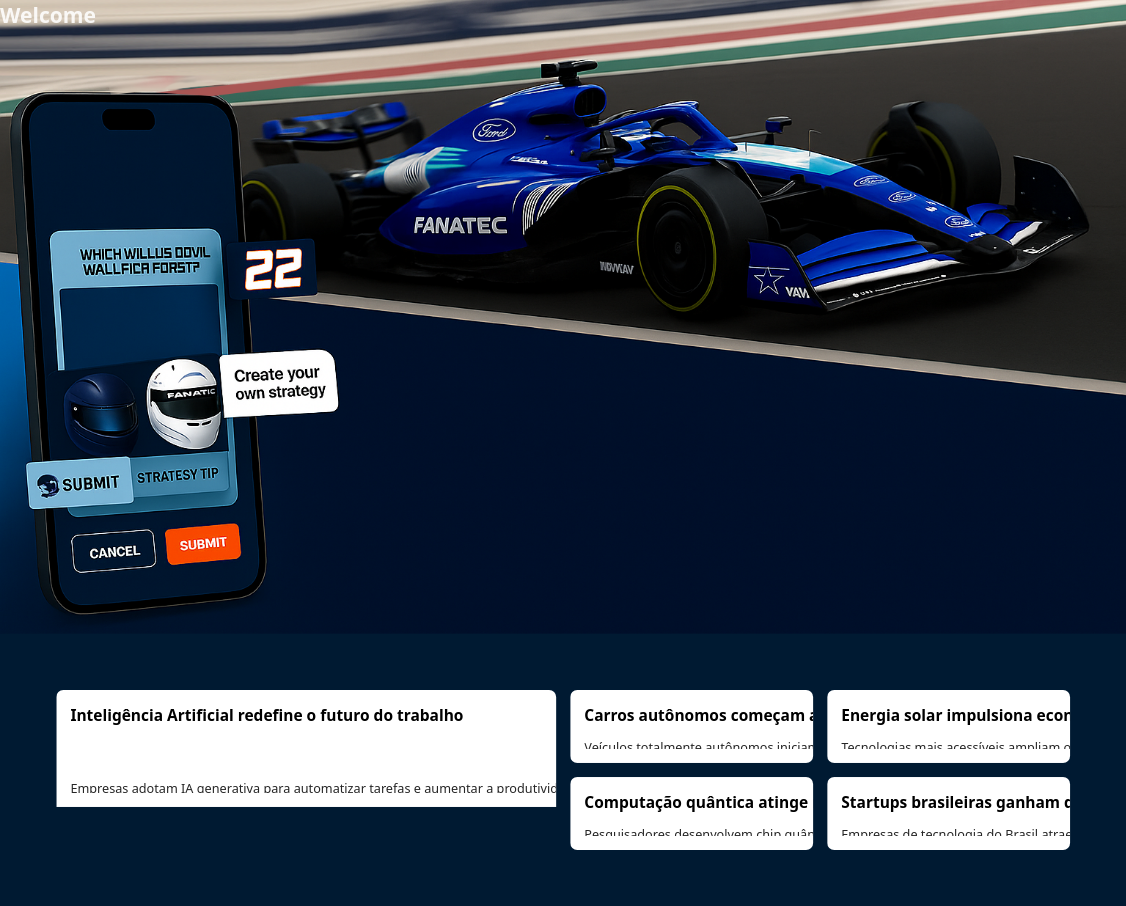
Repository: pedroantoniosi/ngm-esports-site
Page: /
The author's editor kept a copy of each file at every save. The page is drawn from the files as they stood at one save, then again after the next save.
The browser window is 1280 px wide. The pictures show the whole page, at 88% of full size.
The project was rebuilt for these pictures with package versions that can differ from the ones it lists, and the page was loaded fresh each time. Also part of the build but not shown: vite.config.ts.

Above is the page before, as saved 2025-10-27 11:18:58.

### index.html
<!doctype html>
<html lang="en">
  <head>
    <meta charset="UTF-8" />
    <link rel="icon" type="image/svg+xml" href="/vite.svg" />
    <meta name="viewport" content="width=device-width, initial-scale=1.0" />
    <title>ngmesports</title>
  </head>
  <body>
    <div id="root"></div>
    <script type="module" src="/src/main.tsx"></script>
  </body>
</html>

### src/main.tsx
import { StrictMode } from "react";
import { createRoot } from "react-dom/client";
import "./index.css";
import "./reset.css";
import App from "./App.tsx";

createRoot(document.getElementById("root")!).render(
  <StrictMode>
    <App />
  </StrictMode>
);

### src/index.css
:root {
  font-family: system-ui, Avenir, Helvetica, Arial, sans-serif;
  font-weight: 400;

  color-scheme: light dark;
  color: rgba(255, 255, 255, 0.87);
  background-color: #001A32;

  font-synthesis: none;
  text-rendering: optimizeLegibility;
  -webkit-font-smoothing: antialiased;
  -moz-osx-font-smoothing: grayscale;
}

.container {
  margin: 0 auto;
  max-width: 1660px;
}




.hero-container {
  min-height: 100svh;
  background-image: url('./assets/img/banner.png');
  background-repeat: no-repeat;
  background-size: cover;
}



.news-container {
  padding: 4rem;
  display: grid;
  grid-template-columns: repeat(4, 1fr);
  grid-template-rows: repeat(2, 1fr);
  gap: 16px;

  & :nth-child(1) {
    grid-column: span 2 / span 2;
    grid-row: span 2 / span 2;
    height: 100%;
  }

  & :nth-child(2) {
    grid-column-start: 3;
  }

  & :nth-child(3) {
    grid-column-start: 4;
  }

  & :nth-child(4) {
    grid-column-start: 3;
    grid-row-start: 2;
  }

  & :nth-child(5) {
    grid-column-start: 4;
    grid-row-start: 2;
  }

  & .card {
    display: grid;
    grid-auto-flow: column;
    border-radius: 8px;
    overflow: hidden;

    & img {
      width: 100%;
    }

    & .card-caption {
      display: flex;
      flex-direction: column;
      gap: .5rem;
      padding: 1rem;
      background-color: hsl(0, 0%, 100%);
      color: hsl(0, 0%, 0%);

      & .title {
        font-size: 1.1rem;
      }

      & .subtitle {
        font-size: .9rem;
        color: hsl(0, 0%, 15%);
        text-overflow: ellipsis;
        overflow: hidden;
        white-space: nowrap;
      }
    }
  }
}

### src/reset.css
/* <!-- ----------------------------------------------------------------------------------------------------------------- --> */
*,
*::before,
*::after {
  margin: 0;
  padding: 0;
  box-sizing: border-box;
  font-family: system-ui, -apple-system, BlinkMacSystemFont, "Segoe UI", Roboto, Oxygen, Ubuntu, Cantarell, "Open Sans", "Helvetica Neue", sans-serif;
}

input,
button,
select,
textarea {
  cursor: pointer;
  border: transparent;
  background-color: transparent;
  outline: none;
}

textarea {
  resize: none;
  min-height: 150px;

  /* Scrollbar moderno */
  &::-webkit-scrollbar {
    width: 12px;
    /* largura da barra lateral */
    height: 12px;
    /* altura da barra inferior */
  }

  &::-webkit-scrollbar-track {
    background: #0f0f0f;
    /* fundo do track */
  }

  &::-webkit-scrollbar-thumb {
    background-color: #555;
    border-radius: 10px;
    transition: background-color 0.3s ease;

    &:hover {
      background-color: #777;
      /* efeito hover suave */
    }

    &:active {
      background-color: #999;
      /* quando clica */
    }
  }

  /* Firefox */
  scrollbar-width: thin;
  scrollbar-color: #555 #0f0f0f;
}

ul,
ol {
  list-style: none;
}

a {
  text-decoration: none;
}

img,
picture {
  max-width: 100%;
  display: block;
  height: auto;
}

/* <!-- ----------------------------------------------------------------------------------------------------------------- --> */
.row-auto {
  display: flex;

  &>* {
    display: flex;
    flex: 1;
  }
}

.flex-1 {
  display: flex;
  flex: 1;
}

.flex-wrap {
  display: flex;
  flex-wrap: wrap;
}

/* <!-- ----------------------------------------------------------------------------------------------------------------- --> */
.row,
.row-xl,
.row-lg,
.row-md,
.row-sm {
  display: flex;
  flex-direction: row;
}

.col,
.col-xl,
.col-lg,
.col-md,
.col-sm {
  display: flex;
  flex-direction: column;
}

.row-reverse {
  display: flex;
  flex-direction: row-reverse;
}

.col-reverse {
  display: flex;
  flex-direction: column-reverse;
}

/* <!-- ----------------------------------------------------------------------------------------------------------------- --> */
.justify-center {
  justify-content: center;
}

.justify-around {
  justify-content: space-around;
}

.justify-between {
  justify-content: space-between;
}

.justify-evenly {
  justify-content: space-evenly;
}

.justify-start {
  justify-content: flex-start;
}

.justify-end {
  justify-content: flex-end;
}

/* <!-- ----------------------------------------------------------------------------------------------------------------- --> */
.align-center {
  align-items: center;
}

.align-start {
  align-items: start;
}

.align-end {
  align-items: end;
}

.align-self-center {
  align-self: center;
}

.align-self-start {
  align-self: flex-start;
}

.align-self-end {
  align-self: end;
}

/* <!-- ----------------------------------------------------------------------------------------------------------------- --> */
.gap-05 {
  gap: 0.5rem;
}

.gap-1 {
  gap: 1rem;
}

.gap-2 {
  gap: 2rem;
}

.gap-3 {
  gap: 3rem;
}

.gap-4 {
  gap: 4rem;
}

.gap-5 {
  gap: 5rem;
}

/* <!-- ----------------------------------------------------------------------------------------------------------------- --> */
.grid-auto {
  display: grid;
  grid-auto-flow: column;
  grid-auto-columns: 1fr;
}

.grid-2 {
  grid-template-columns: repeat(2, 1fr);
  grid-template-rows: auto;
}

.grid-3 {
  grid-template-columns: repeat(3, 1fr);
  grid-template-rows: auto;
}

.grid-4 {
  grid-template-columns: repeat(4, 1fr);
  grid-template-rows: auto;
}

.grid-5 {
  grid-template-columns: repeat(5, 1fr);
  grid-template-rows: auto;
}

.grid-6 {
  grid-template-columns: repeat(6, 1fr);
  grid-template-rows: auto;
}

.grid-7 {
  grid-template-columns: repeat(7, 1fr);
  grid-template-rows: auto;
}

.grid-8 {
  grid-template-columns: repeat(8, 1fr);
  grid-template-rows: auto;
}

.grid-9 {
  grid-template-columns: repeat(9, 1fr);
  grid-template-rows: auto;
}

.grid-10 {
  grid-template-columns: repeat(10, 1fr);
  grid-template-rows: auto;
}

.grid-11 {
  grid-template-columns: repeat(11, 1fr);
  grid-template-rows: auto;
}

.grid-12 {
  grid-template-columns: repeat(12, 1fr);
  grid-template-rows: auto;
}

.grid-2,
.grid-3,
.grid-4,
.grid-5,
.grid-6,
.grid-7,
.grid-8,
.grid-9,
.grid-10,
.grid-11,
.grid-12 {
  display: grid;
  grid-template-rows: 1fr;
}

/* <!-- -------------------------------- Margin -------------------------------- --> */
.m-auto {
  margin: 0 auto;
}

.mt-auto {
  margin-top: auto;
}

.mb-auto {
  margin-bottom: auto;
}

.ms-auto {
  margin-left: auto;
}

.me-auto {
  margin-right: auto;
}

.m-0 {
  margin: 0;
}

.m-05 {
  margin: 0.5rem;
}

.m-1 {
  margin: 1rem;
}

.m-2 {
  margin: 2rem;
}

.m-3 {
  margin: 3rem;
}

.m-4 {
  margin: 4rem;
}

.m-5 {
  margin: 5rem;
}

.mt-05 {
  margin-top: 0.5rem;
}

.mt-1 {
  margin-top: 1rem;
}

.mt-2 {
  margin-top: 2rem;
}

.mt-3 {
  margin-top: 3rem;
}

.mt-4 {
  margin-top: 4rem;
}

.mt-5 {
  margin-top: 5rem;
}

.mb-05 {
  margin-bottom: 0.5rem;
}

.mb-1 {
  margin-bottom: 1rem;
}

.mb-2 {
  margin-bottom: 2rem;
}

.mb-3 {
  margin-bottom: 3rem;
}

.mb-4 {
  margin-bottom: 4rem;
}

.mb-5 {
  margin-bottom: 5rem;
}

.ms-05 {
  margin-left: 0.5rem;
}

.ms-1 {
  margin-left: 1rem;
}

.ms-2 {
  margin-left: 2rem;
}

.ms-3 {
  margin-left: 3rem;
}

.ms-4 {
  margin-left: 4rem;
}

.ms-5 {
  margin-left: 5rem;
}

.me-05 {
  margin-right: 0.5rem;
}

.me-1 {
  margin-right: 1rem;
}

.me-2 {
  margin-right: 2rem;
}

.me-3 {
  margin-right: 3rem;
}

.me-4 {
  margin-right: 4rem;
}

.me-5 {
  margin-right: 5rem;
}

.mx-05 {
  margin-left: 0.5rem;
  margin-right: 0.5rem;
}

.mx-1 {
  margin-left: 1rem;
  margin-right: 1rem;
}

.mx-2 {
  margin-left: 2rem;
  margin-right: 2rem;
}

.mx-3 {
  margin-left: 3rem;
  margin-right: 3rem;
}

.mx-4 {
  margin-left: 4rem;
  margin-right: 4rem;
}

.mx-5 {
  margin-left: 5rem;
  margin-right: 5rem;
}

.my-05 {
  margin-top: 0.5rem;
  margin-bottom: 0.5rem;
}

.my-1 {
  margin-top: 1rem;
  margin-bottom: 1rem;
}

.my-2 {
  margin-top: 2rem;
  margin-bottom: 2rem;
}

.my-3 {
  margin-top: 3rem;
  margin-bottom: 3rem;
}

.my-4 {
  margin-top: 4rem;
  margin-bottom: 4rem;
}

.my-5 {
  margin-top: 5rem;
  margin-bottom: 5rem;
}

/* <!-- -------------------------------- Padding -------------------------------- --> */
.p-0 {
  padding: 0;
}

.p-05 {
  padding: 0.5rem;
}

.p-1 {
  padding: 1rem;
}

.p-2 {
  padding: 2rem;
}

.p-3 {
  padding: 3rem;
}

.p-4 {
  padding: 4rem;
}

.p-5 {
  padding: 5rem;
}

.pt-05 {
  padding-top: 0.5rem;
}

.pt-1 {
  padding-top: 1rem;
}

.pt-2 {
  padding-top: 2rem;
}

.pt-3 {
  padding-top: 3rem;
}

.pt-4 {
  padding-top: 4rem;
}

.pt-5 {
  padding-top: 5rem;
}

.pb-05 {
  padding-bottom: 0.5rem;
}

.pb-1 {
  padding-bottom: 1rem;
}

.pb-2 {
  padding-bottom: 2rem;
}

.pb-3 {
  padding-bottom: 3rem;
}

.pb-4 {
  padding-bottom: 4rem;
}

.pb-5 {
  padding-bottom: 5rem;
}

.ps-05 {
  padding-left: 0.5rem;
}

.ps-1 {
  padding-left: 1rem;
}

.ps-2 {
  padding-left: 2rem;
}

.ps-3 {
  padding-left: 3rem;
}

.ps-4 {
  padding-left: 4rem;
}

.ps-5 {
  padding-left: 5rem;
}

.pe-05 {
  padding-right: 0.5rem;
}

.pe-1 {
  padding-right: 1rem;
}

.pe-2 {
  padding-right: 2rem;
}

.pe-3 {
  padding-right: 3rem;
}

.pe-4 {
  padding-right: 4rem;
}

.pe-5 {
  padding-right: 5rem;
}

.px-05 {
  padding-left: 0.5rem;
  padding-right: 0.5rem;
}

.px-1 {
  padding-left: 1rem;
  padding-right: 1rem;
}

.px-2 {
  padding-left: 2rem;
  padding-right: 2rem;
}

.px-3 {
  padding-left: 3rem;
  padding-right: 3rem;
}

.px-4 {
  padding-left: 4rem;
  padding-right: 4rem;
}

.px-5 {
  padding-left: 5rem;
  padding-right: 5rem;
}

.py-05 {
  padding-top: 0.5rem;
  padding-bottom: 0.5rem;
}

.py-1 {
  padding-top: 1rem;
  padding-bottom: 1rem;
}

.py-2 {
  padding-top: 2rem;
  padding-bottom: 2rem;
}

.py-3 {
  padding-top: 3rem;
  padding-bottom: 3rem;
}

.py-4 {
  padding-top: 4rem;
  padding-bottom: 4rem;
}

.py-5 {
  padding-top: 5rem;
  padding-bottom: 5rem;
}

/* <!-- -------------------------------- Tools -------------------------------- --> */
.position-absolute {
  position: absolute;
}

.center-aboslute {
  top: 50%;
  left: 50%;
  transform: translate(-50%, -50%);
}

.position-relative {
  position: relative;
}

.position-fixed {
  position: fixed;
}

.position-sticky {
  position: sticky;
}

/* <!-- -------------------------------- Display -------------------------------- --> */
.row,
.row-xl,
.row-lg,
.row-md,
.row-sm {
  display: flex;
}

.d-grid,
.d-grid-xl,
.d-grid-lg,
.d-grid-md,
.d-grid-sm {
  display: grid;
}

.d-none,
.d-none-xl,
.d-none-lg,
.d-none-md,
.d-none-sm {
  display: none;
}

.d-block,
.d-block-xl,
.d-block-lg,
.d-block-md,
.d-block-sm {
  display: block;
}

.d-flex,
.d-flex-xl,
.d-flex-lg,
.d-flex-md,
.d-flex-sm {
  display: flex;
}

/* <!-- -------------------------------- Tools -------------------------------- --> */
.cursor-pointer {
  cursor: pointer;
}

.overflow-hidden {
  overflow: hidden;
}

.textwrap-none {
  white-space: none;
}

.select-none {
  -webkit-user-select: none;
  -moz-user-select: none;
  user-select: none;
}

.text-center {
  text-align: center;
}

.place-center {
  place-items: center;
}

.w-100 {
  width: 100%;
}

.h-100 {
  height: 100%;
}

/* Large screen devices (Desktops) */
@media (max-width: 992px) {
  .row-lg {
    display: flex;
    flex-direction: column;
  }

  .d-flex-lg {
    display: none;
  }

  .d-none-lg {
    display: block;
  }
}

/* Medium Screens Devices (Tablets) */
@media (max-width: 768px) {
  .row-md {
    display: flex;
    flex-direction: column;
  }

  .d-flex-md {
    display: none;
  }

  .d-none-md {
    display: block;
  }
}

/*  Small devices (Phones) */
@media (max-width: 568px) {
  .row-sm {
    display: flex;
    flex-direction: column;
  }

  .d-flex-sm {
    display: none;
  }

  .d-none-sm {
    display: block;
  }
}

/*# sourceMappingURL=reset.css.map */

### src/App.tsx
import Hero from "./components/Hero/Index";
import NewsTemplate from "./components/Template/NewsTemplate";
// import Container from "./components/Container/Index";

function App() {
  return (
    <>
      <Hero />
      <NewsTemplate></NewsTemplate>
    </>
  );
}

export default App;

### src/components/Hero/Index.tsx
import React from "react";

interface HeroProps {
  title?: string;
  subtitle?: string;
  children?: React.ReactNode;
}

const Hero = ({ title = "Welcome", subtitle, children }: HeroProps) => {
  return (
    <section className="hero-container" role="banner" aria-label="Hero">
      <div className="hero-content">
        <h1>{title}</h1>
        {subtitle && <p className="hero-subtitle">{subtitle}</p>}
        {children}
      </div>
    </section>
  );
};

export default Hero;

### src/components/Template/NewsTemplate.tsx
import { useEffect, useState } from "react";
import Card from "../Card";
import { newsData } from "../../api/newsApi";
import Container from "../../components/Container/Index";

interface NewsItem {
  img: string;
  title: string;
  subtitle: string;
}

const News = () => {
  const [news, setNews] = useState<NewsItem[]>([]);

  useEffect(() => {
    // Simula chamada de API local
    const fetchNews = async () => {
      await new Promise((resolve) => setTimeout(resolve, 300));
      setNews(newsData);
    };

    fetchNews();
  }, []);

  return (
    <Container>
      <section className="news-container">
        {news.map((item, index) => (
          <Card
            key={index}
            img={item.img}
            title={item.title}
            subtitle={item.subtitle}
          />
        ))}
      </section>
    </Container>
  );
};

export default News;

### src/components/Card/index.tsx
interface NewsProps {
  img?: string;
  title?: string;
  subtitle?: string;
  date?: number;
  children?: React.ReactNode;
}

const Card = ({ img, title, subtitle, children }: NewsProps) => {
  return (
    <>
      <div className="card  col" aria-label="Card">
        <div className="background-img">
          <img src={img} alt="" />
        </div>
        <div className="card-caption">
          <h2 className="title">{title}</h2>
          <p className="subtitle">{subtitle}</p>
        </div>
        {children}
      </div>
    </>
  );
};

export default Card;

### src/api/newsApi.tsx
import news1 from "../assets/img/news1.png";
import news2 from "../assets/img/news2.png";
import news3 from "../assets/img/news3.png";
import news4 from "../assets/img/news4.png";
import news5 from "../assets/img/news5.png";

export const newsData = [
  {
    img: news1,
    title: "Inteligência Artificial redefine o futuro do trabalho",
    subtitle:
      "Empresas adotam IA generativa para automatizar tarefas e aumentar a produtividade.",
  },
  {
    img: news2,
    title: "Carros autônomos começam a circular em São Paulo",
    subtitle:
      "Veículos totalmente autônomos iniciam fase de testes nas ruas da capital.",
  },
  {
    img: news3,
    title: "Energia solar impulsiona economia sustentável",
    subtitle:
      "Tecnologias mais acessíveis ampliam o uso de energia limpa em todo o país.",
  },
  {
    img: news4,
    title: "Computação quântica atinge novo marco histórico",
    subtitle:
      "Pesquisadores desenvolvem chip quântico mais estável já criado até hoje.",
  },
  {
    img: news5,
    title: "Startups brasileiras ganham destaque internacional",
    subtitle:
      "Empresas de tecnologia do Brasil atraem investimentos recordes em 2025.",
  },
];

### src/components/Container/Index.tsx
import type { ReactNode } from "react";

type ContainerProps = {
  children: ReactNode;
};

const Container = ({ children }: ContainerProps) => {
  return <div className="container">{children}</div>;
};

export default Container;

After the next save:
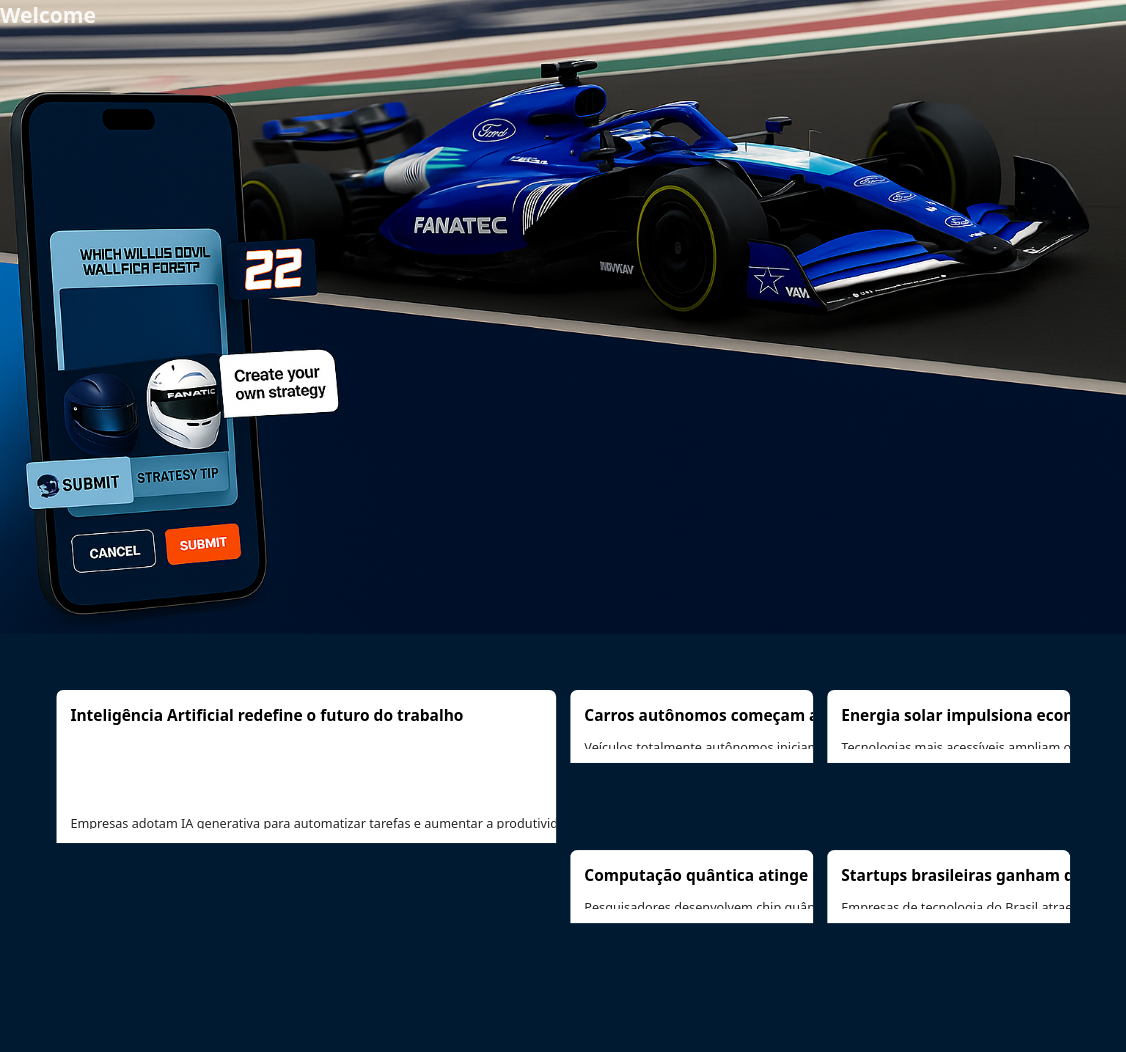
Saved 12 s later.
--- a/src/index.css
+++ b/src/index.css
@@ -63,6 +63,7 @@
   & .card {
     display: grid;
     grid-auto-flow: column;
+    grid-auto-rows: 1fr;
     border-radius: 8px;
     overflow: hidden;
 
